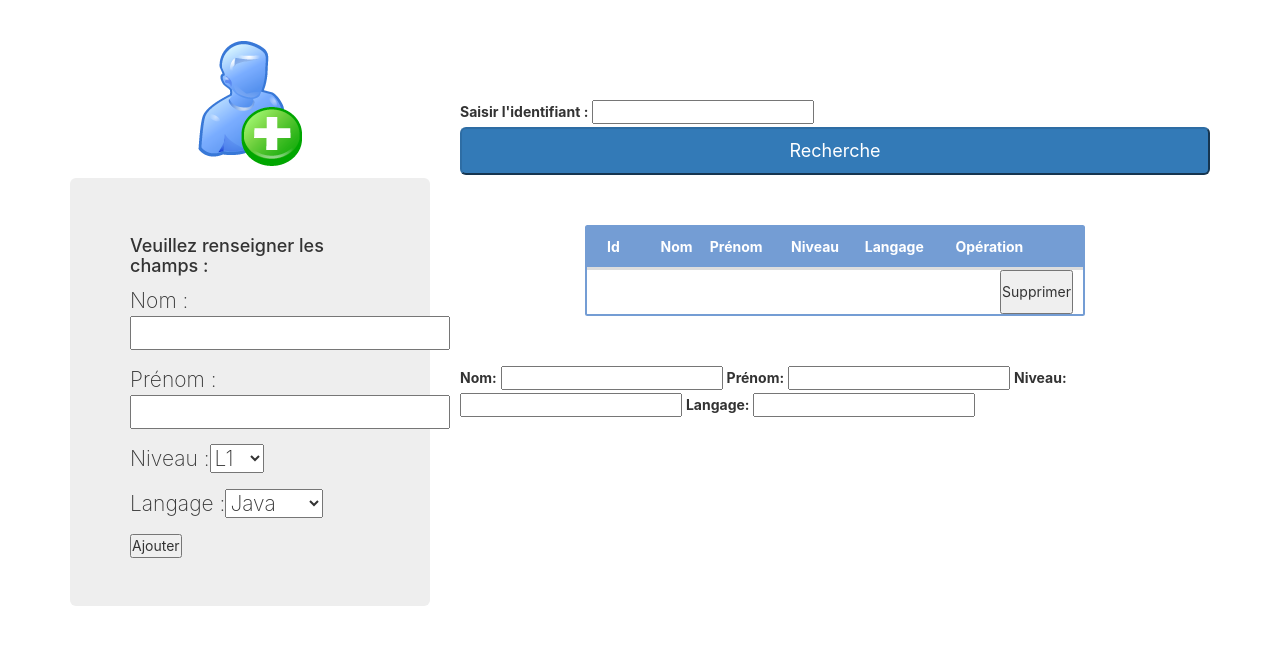
Repository: imouahrani/Gestion-des-stagiaires_JAVAEE
Page: http://localhost/Espace_Stagiaire/TraiteAjout
An editor plug-in stored every save of this project. The page is shown before and after the next save, followed by the edit.
The browser window is 1280 px wide. The pictures show the whole page.
The page is served by Tomcat 9. Queries for data that is not in the repository find no rows.

Above is the page before, as saved 2018-07-26 13:45:56.

After the next save:
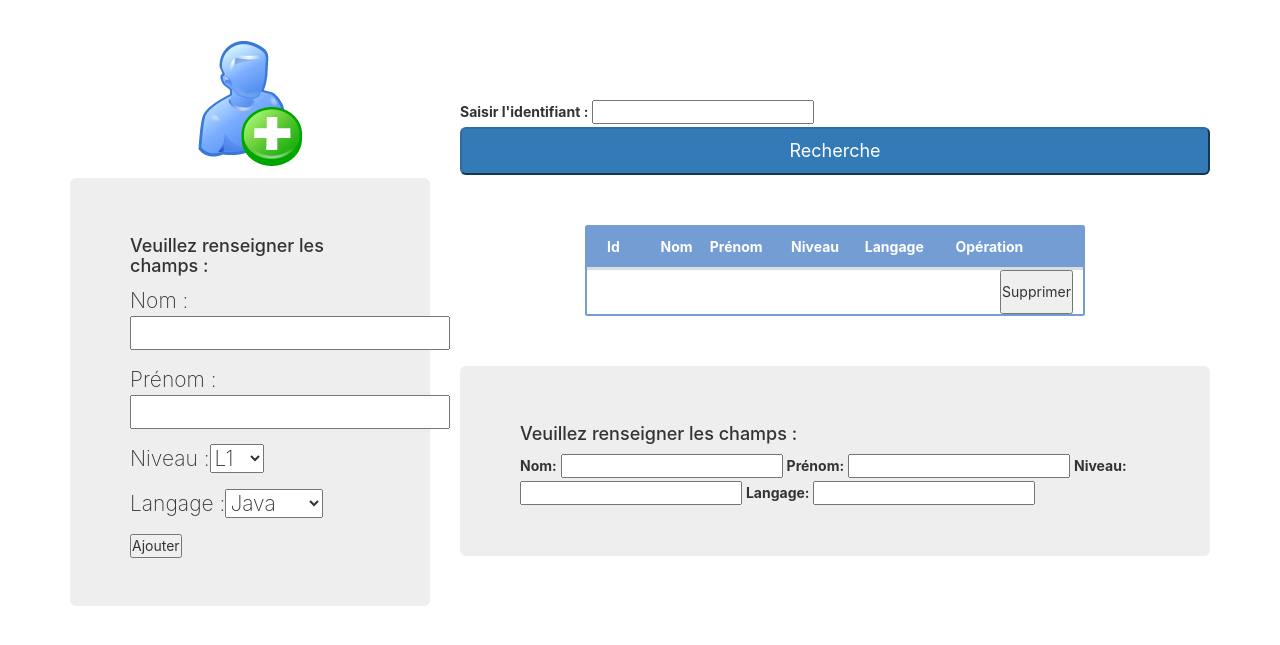
Saved 78 s later.
--- a/Formation Java Entreprise Edition/Espace Stagiaire/WebContent/AjoutStagiaire.jsp
+++ b/Formation Java Entreprise Edition/Espace Stagiaire/WebContent/AjoutStagiaire.jsp
@@ -111,20 +111,21 @@
 					</table>
 				</form>
 
-				<div>
-				<form action="TraiteRecherche" method="post">
-					<label>Nom:</label> <input type="text" name="nomstg"> <label>Prénom:</label>
-					<input type="text" name="prenomstg"> <label>Niveau:</label>
-					<input type="text" name="niveau"> <label>Langage:</label> <input
-						type="text" name="langage">
+				<div class="jumbotron">
+					<h4>Veuillez renseigner les champs :</h4>
+					<form action="TraiteRecherche" method="post">
+						<label>Nom:</label> <input type="text" name="nomstg"> <label>Prénom:</label>
+						<input type="text" name="prenomstg"> <label>Niveau:</label>
+						<input type="text" name="niveau"> <label>Langage:</label>
+						<input type="text" name="langage">
 
 
 
 
-				</form>
+					</form>
 
 
-			</div>
+				</div>
 			</div>
 		</div>
 	</div>
